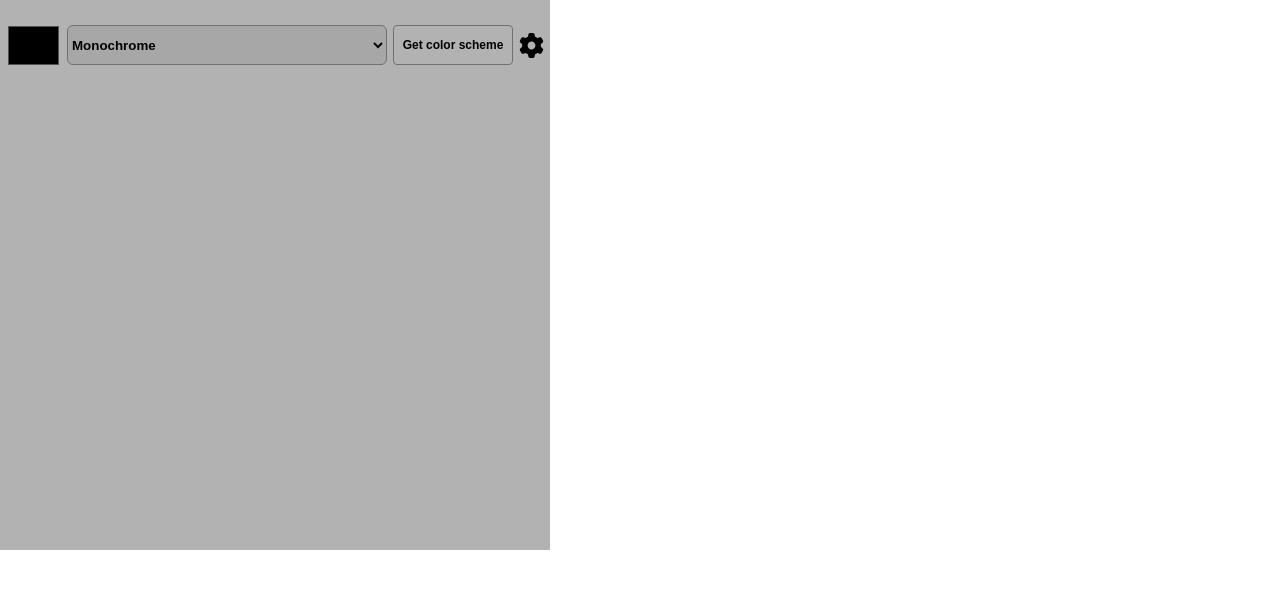
Repository: RadziSzop/colorPicker
Page: index.html
The author's editor kept a copy of each file at every save. The page is drawn from the files as they stood at one save, then again after the next save.
The browser window is 1280 px wide. The pictures show the whole page.

Above is the page before, as saved 2022-03-04 22:56:29.

### index.html
<!DOCTYPE html>
<html lang="en">
  <head>
    <meta charset="UTF-8" />
    <meta http-equiv="X-UA-Compatible" content="IE=edge" />
    <meta name="viewport" content="width=device-width, initial-scale=1.0" />
    <link rel="stylesheet" href="style.css" />
    <link rel="preconnect" href="https://fonts.googleapis.com" />
    <link rel="preconnect" href="https://fonts.gstatic.com" crossorigin />
    <link
      href="https://fonts.googleapis.com/css2?family=Roboto:wght@400;700&display=swap"
      rel="stylesheet"
    />
    <title>Document</title>
  </head>
  <body>
    <!-- <p id="test">ok</p> -->
    <div class="container">
      <div class="modal"></div>
      <div class="main">
        <input type="color" id="color-picker" />
        <select id="menu">
          <option value="Monochrome">Monochrome</option>
          <option value="Monochrome-dark">Monochrome-dark</option>
          <option value="Monochrome-light">Monochrome-light</option>
          <option value="Analogic">Analogic</option>
          <option value="Complement">Complement</option>
          <option value="Analogic-complement">Analogic-complement</option>
          <option value="Triad">Triad</option>
        </select>
        <button id="submit-button">Get color scheme</button>
        <!-- <button id="settings-button">Settings</button> -->
        <div class="gear">
          <img src="images/gear-solid.svg" alt="" />
        </div>
      </div>
      <div class="colors">
        <div class="colorBox" id="color1"></div>
        <div class="colorBox" id="color2"></div>
        <div class="colorBox" id="color3"></div>
        <div class="colorBox" id="color4"></div>
        <div class="colorBox" id="color5"></div>
      </div>
      <div class="color_values">
        <div class="valueBox"><p id="value1"></p></div>
        <div class="valueBox"><p id="value2"></p></div>
        <div class="valueBox"><p id="value3"></p></div>
        <div class="valueBox"><p id="value4"></p></div>
        <div class="valueBox"><p id="value5"></p></div>
      </div>
    </div>

    <script src="main.js"></script>
  </body>
</html>

### style.css
* {
  box-sizing: border-box;
}
img {
  height: 100%;
  width: 100%;
}

html {
  font-family: "Roboto", sans-serif;
}
html,
body {
  margin: 0;
  padding: 0;
}
select {
  width: 320px;
  height: 40px;
  border-radius: 6px;
  font-weight: 700;
  border: 1px rgb(160, 160, 160) solid;
}
button {
  width: 120px;
  height: 40px;
  font-size: 12px;
  background-color: white;
  border: 1px rgb(160, 160, 160) solid;
  border-radius: 4px;
  font-weight: 700;
  cursor: pointer;
  transition: transform 0.2s;
}
.buttonClick {
  transform: scale(1.1);
}
option {
  padding-top: 5px;
}
.container {
  width: 550px;
  height: 550px;
  display: flex;
  flex-direction: column;
}
.main {
  height: 90px;
  width: 100%;
  background-color: rgb(255, 255, 255);
  display: flex;
  justify-content: space-evenly;
  align-items: center;
}
.gear {
  height: 25px;
  width: 25px;
}

.colors {
  height: 415px;
  display: flex;
}
.colorBox {
  width: 20%;
  height: 100%;
  background-color: rgb(255, 255, 255);
  transition: background 1s;
  /* border: 1px black solid; */
}
.color_values {
  height: 45px;
  display: flex;
  /* background-color: gray; */
}
.valueBox {
  height: 100%;
  width: 20%;
  /* border: 1px solid black; */
  display: flex;
  justify-content: center;
  align-items: center;
  font-weight: 700;
}
#color-picker {
  padding: 0;
  margin: 0;
  height: 47px;
  width: 55px;
  border: none;
  outline: none;
  -webkit-appearance: none;
  background-color: white;
}

/* modal */

.modal {
  position: fixed;
  height: 550px;
  width: 550px;
  background-color: rgba(0, 0, 0, 0.3);
}

### main.js
let colorEl1 = document.querySelector("#color1")
let colorEl2 = document.querySelector("#color2")
let colorEl3 = document.querySelector("#color3")
let colorEl4 = document.querySelector("#color4")
let colorEl5 = document.querySelector("#color5")
let valueEl1 = document.querySelector("#value1")
let valueEl2 = document.querySelector("#value2")
let valueEl3 = document.querySelector("#value3")
let valueEl4 = document.querySelector("#value4")
let valueEl5 = document.querySelector("#value5")
let submitBtnEl = document.querySelector("#submit-button")
let settingsBtnEl = document.querySelector("#settings-button")
let colorPicerEl = document.querySelector("#color-picker")
let menuEl = document.querySelector("#menu")

let testEl = document.querySelector("#test")
let apiData
//     chrome.storage.sync.get('foo', function(items) {
//         testEl.textContent =  JSON.stringify(items);
//       });



submitBtnEl.addEventListener("click", getingColors)

function getingColors(){
    let color = colorPicerEl.value.slice(1)
    let type = menuEl.value.toLowerCase()

    // chrome.storage.sync.set({'foo': color}, function() {
    //     console.log('Settings saved');
    //   });

    fetch(`https://www.thecolorapi.com/scheme?hex=${color}&mode=${type}`)
    .then(response => response.json())
    .then(json => {
        apiData = json

        colorEl1.style.backgroundColor = apiData.colors[0].rgb.value
        colorEl2.style.backgroundColor = apiData.colors[1].rgb.value
        colorEl3.style.backgroundColor = apiData.colors[2].rgb.value
        colorEl4.style.backgroundColor = apiData.colors[3].rgb.value
        colorEl5.style.backgroundColor = apiData.colors[4].rgb.value

        valueEl1.textContent = apiData.colors[0].hex.clean
        valueEl2.textContent = apiData.colors[1].hex.clean
        valueEl3.textContent = apiData.colors[2].hex.clean
        valueEl4.textContent = apiData.colors[3].hex.clean
        valueEl5.textContent = apiData.colors[4].hex.clean
    })
}

After the next save:
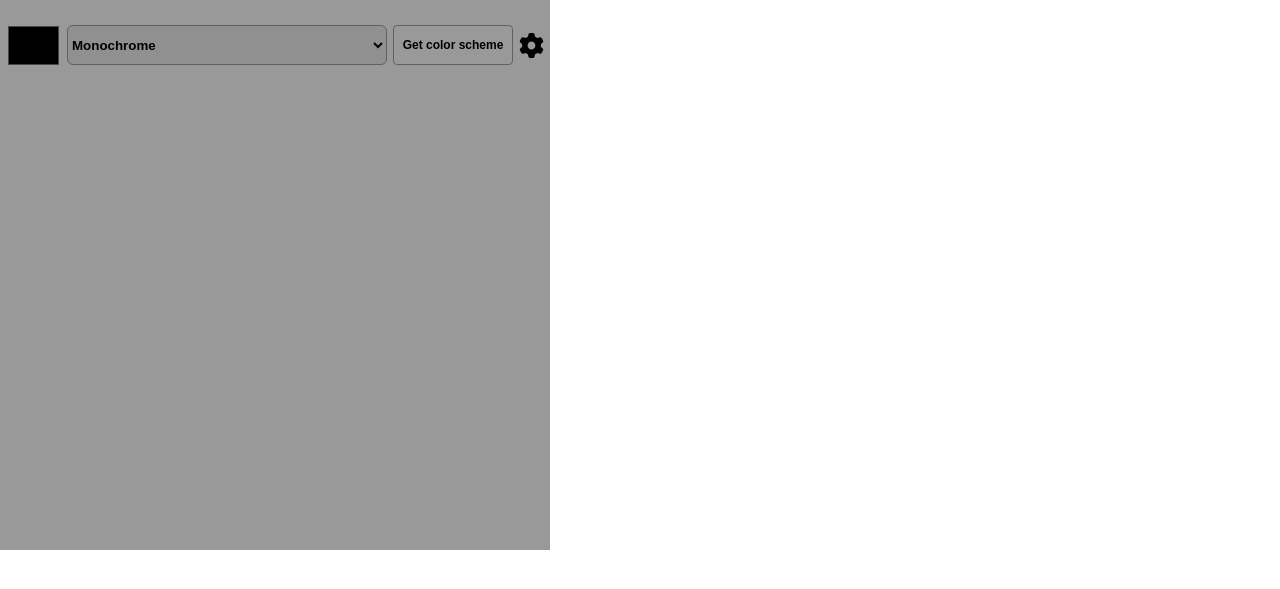
Saved 6 s later.
--- a/style.css
+++ b/style.css
@@ -99,5 +99,5 @@
   position: fixed;
   height: 550px;
   width: 550px;
-  background-color: rgba(0, 0, 0, 0.3);
+  background-color: rgba(0, 0, 0, 0.4);
 }
